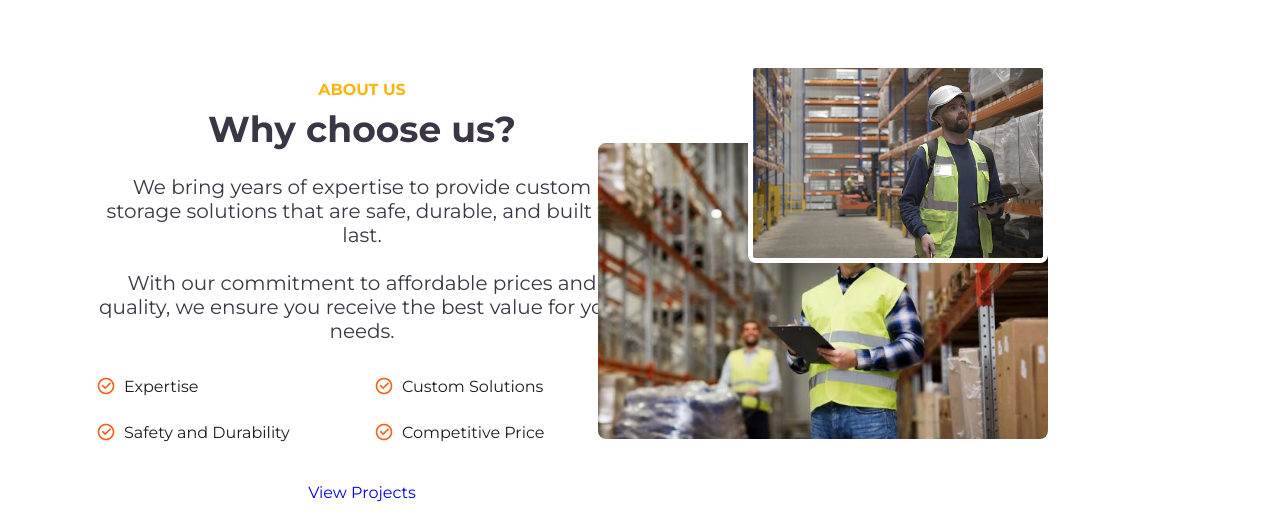
Repository: jahatesu/shelves-and-storage-equipment
Page: index.html
The author's editor kept a copy of each file at every save. The page is drawn from the files as they stood at one save, then again after the next save.
The browser window is 1280 px wide. The pictures show the part of the page from y = 720 to 1238 px (the page is 1238 px tall).
Backgrounds fixed to the window are drawn as part of the page. Some web fonts or font styles are not loaded; a fallback is used.

Above is the page before, as saved 2025-01-08 15:44:24.
Console error: TypeError: Cannot read properties of null (reading 'querySelector')

### index.html
<!DOCTYPE html>
<html lang="en">
<head>
    <meta charset="UTF-8">
    <meta name="viewport" content="width=device-width, initial-scale=1.0">
    <!-- Remix Icons -->
    <link rel="stylesheet" href="https://cdnjs.cloudflare.com/ajax/libs/remixicon/4.2.0/remixicon.css">
    <!-- Swiper CSS -->
    <link rel="stylesheet" href="assets\js\swiper-bundle.min.js" />
    <!-- CSS -->
    <link rel="stylesheet" href="style.css">
    <script src="https://cdnjs.cloudflare.com/ajax/libs/jquery/3.7.1/jquery.min.js"></script>
    <title>Shelves and Storage</title>
    <link rel="stylesheet" href="https://fonts.googleapis.com/css?family=Material+Symbols+Rounded&opsz,wght,FILL,GRAD@48,400,0,0" />
</head>

<body>

    <!-- Navigation Bar -->
    <header>
        <div class="logo">
            <img src="assets\images\logo.png" alt="Shelves and Storage Logo">
        </div>

        <div class="navigation">
            <input type="checkbox" id="nav-checkbox">
            <label for="nav-checkbox" class="nav-toggle">
                <i class="ri-menu-fill"></i>
            </label>

            <ul class="nav-menu">
                <li><a href="#">Home</a></li>
                <li><a href="#">About Us</a></li>
                <li><a href="#">Services</a></li>
                <li><a href="#">Products</a></li>
                <li><a href="#">Contact Us</a></li>
            </ul>
        </div>
    </header>

    <!-- Hero Section -->
    <div class="hero">
        <h1 class="animate__animated animate__fadeInDown">Shelves and Storage Equipment</h1>
        <h3 class="animate__animated animate__fadeInUp">Storage and Racking Expert</h3>
    </div>

    <!-- About Section -->
<section class="about section" id="about">
    <div class="about_container container grid">
        <div class="about_data">
            <span class="section_subtitle">ABOUT US</span>
            <h2 class="section_title">Why choose us?</h2>
            <p class="about_description">
                We bring years of expertise to provide custom storage solutions that are safe, durable, and built to last.
                <br><br>With our commitment to affordable prices and quality, we ensure you receive the best value for your needs.
            </p>
            <ul class="about_list grid">
                <li class="about_list-item">
                    <i class="ri-checkbox-circle-line"></i>
                    <span>Expertise</span>
                </li>
                <li class="about_list-item">
                    <i class="ri-checkbox-circle-line"></i>
                    <span>Custom Solutions</span>
                </li>
                <li class="about_list-item">
                    <i class="ri-checkbox-circle-line"></i>
                    <span>Safety and Durability</span>
                </li>
                <li class="about_list-item">
                    <i class="ri-checkbox-circle-line"></i>
                    <span>Competitive Price</span>
                </li>
            </ul>
            <a href="#projects" class="button">View Projects</a>
        </div>
        <div class="about_images">
            <img src="assets/images/about_img1.png" alt="image" class="about_img1">
            <img src="assets/images/about_img2.png" alt="image" class="about_img2">
        </div>
    </div>
</section>

    <!-- JavaScript -->
    <script src="main.js"></script>
</body>
</html>

### style.css
/* Import fonts */
@import url('https://fonts.googleapis.com/css2?family=Montserrat:wght@100..900&family=Open+Sans:ital,wght@0,300..800;1,300..800&display=swap');
@import url('https://cdnjs.cloudflare.com/ajax/libs/animate.css/4.1.1/animate.min.css');

/* root variable css */
:root{
    --header-height: 3.5rem;

    /* colors */
    /* hue, saturation, lightness */
    --first-color: hsl(18, 95%, 55%);
    --second-color: hsl(42, 98%, 52%);
    --first-gradient: linear-gradient(90deg,
                                    hsl(18, 95%, 55%),
                                    hsl(18, 98%, 64%));
    --title-color:hsl(255, 12%, 12%);
    --text-color: hsl(255, 12%, 24%);
    --text-color-light: hsl(255, 4%, 70%);
    --body-color: hsl(0, 0%, 100%);
    --container-color: hsl(0, 0%, 100%);
    --white-color: hsl(0, 0%, 100%);
    --black-color: hsl(255, 20%, 10%);
    --gray-border:hsl(255, 6%, 90%);
    --black-border: hsl(255, 10%, 20%);

    /* fonts and typography */
    /* .5 rem = 8px | 1rem = 16px */

    --body-font:"Montserrat", sans-serif;
    --big-font-size: 2.25rem;
    --h1-font-size: 1.5rem;
    --h2-font-size: 1.25rem;
    --h3-font-size: 1rem;
    --normal-font-size: .938rem;
    --small-font-size: .813rem;

    /* font weight */
    --font-regular: 400;
    --font-medium: 500;
    --font-semibold: 600;
    --font-bold: 700;

    /* z index */
    --z--tooltip: 10;
    --z-fixed: 100;
}

/* responsive typography */
@media screen and (min-width: 1150px) {
    :root{
        --big-font-size: 3.5rem;
        --h1-font-size: 2.25rem;
        --h2-font-size: 1.5rem;
        --h3-font-size: 1.25rem;
        --normal-font-size: 1rem; /* Fixed size for normal font */
        --small-font-size: .875rem; /* Increased small font size */
    }
}

/* Global styles */
* {
  margin: 0;
  padding: 0;
  box-sizing: border-box;
}

body {
    font-family: var(--body-font);
    font-size: var(--normal-font-size);
    background-color: var(--body-color);
    color: var(--text-color);
}

html{
    scroll-behavior: smooth;
}

body, ul, a{
    margin: 0;
    padding: 0;
    font-family: 'Montserrat', sans-serif;
}

/* h1, h2, h3, h4 {
    color: var(--title-color);
    font-weight: var(--font-semi-bold);
    margin: 10px 0;
    line-height: 1.2;
} */

/* Typography scaling for responsiveness */
h1 {
    font-size: 2.5rem; /* Scales with viewport width */
}
h2 {
    font-size: 2rem;
}
h3 {
    font-size: 1.75rem;
}
p {
    font-size: 1rem;
}

/* Media queries for responsiveness */
@media (min-width: 768px) {
    h1 {
        font-size: 3rem;
    }
    h2 {
        font-size: 2.5rem;
    }
    h3 {
        font-size: 2rem;
    }
    p {
        font-size: 1.125rem;
    }
}

@media (min-width: 1024px) {
    h1 {
        font-size: 3.5rem;
    }
    h2 {
        font-size: 3rem;
    }
    h3 {
        font-size: 2.5rem;
    }
    p {
        font-size: 1.25rem;
    }
}

/* General layout for larger screens */
@media (min-width: 1440px) {
    .container {
        padding: 30px;
    }
    h1 {
        font-size: 4rem;
    }
    h2 {
        font-size: 2rem;
    }
    h3 {
        font-size: 3rem;
    }
    p {
        font-size: 1rem;
    }

}

ul{
    list-style: none;
}

a{
    text-decoration: none;
}

img{
    display: block;
    max-width: 100%;
    height: auto;
    object-fit: contain;
}

/* Hide checkbox and toggle button initially */
#nav-checkbox,
.nav-toggle {
  display: none;
}

/* Hero section styles */
.hero {
  background: linear-gradient(rgba(0, 0, 0, 0.8), rgba(0, 0, 0, 0.6)),
    url("heroBG.jpg") no-repeat fixed bottom / cover;
  min-height: 100vh;
  display: flex;
  flex-direction: column;
  justify-content: center;
  align-items: center;
  text-align: center;
  /* width: 100%; */
}

.hero h1 {
  color: hsl(233, 39%, 23%);
  font-size: 60px;
  line-height: 1;
  text-shadow:
    0.5px 0.5px 0px #fff, /* Bottom-right shadow */
    -0.5px 0.5px 0px #fff, /* Bottom-left shadow */
    0.5px -0.5px 0px #fff, /* Top-right shadow */
    -0.5px -0.5px 0px #fff; /* Top-left shadow */
}

.hero h3 {
  color: #ffffff;
  /* position: static; */
  font-size: 26px;
  font-weight: normal;
  margin: 15px 0;
  line-height: 1;
  text-shadow:
    0.3px 0.3px 0px #fff, /* Bottom-right shadow */
    -0.3px 0.3px 0px #fff, /* Bottom-left shadow */
    0.3px -0.3px 0px #fff, /* Top-right shadow */
    -0.3px -0.3px 0px #fff; /* Top-left shadow */
}

/* Header styles */
header {
  position: fixed;
  top: 0;
  left: 0;
  width: 100%;
  display: flex;
  align-items: center;
  justify-content: space-around;
  padding: 20px 0;
  transition: background-color 0.5s ease;
  z-index: 1;
}

.logo h2 {
  color: #fff;
  text-transform: uppercase;
  font-weight: normal;
}

/* Navigation menu styles */
.nav-menu {
  display: flex;
  list-style: none;
}

.nav-menu li {
  display: inline-block;
}

.nav-menu li a {
  color: #fff;
  text-decoration: none;
  font-size: 1.2rem;
  padding: 0 15px;
}

.nav-menu li a:hover {
  color: hsl(18, 84%, 44%);
}

.active {
  background: hsl(18, 84%, 44%);
}

.active a:hover {
  color: #fff !important;
  text-decoration: underline;
}

.nav-toggle {
  display: none;
  font-size: 2rem;
  cursor: pointer;
  color: white;
}

/* Responsive menu styles */
@media (max-width: 768px) {
    .nav-menu {
        display: none;
        flex-direction: column;
        position: absolute;
        top: 60px;
        right: 20px;
        background-color: rgba(0, 0, 0, 0.9);
        border-radius: 8px;
        padding: 10px;
    }

    .nav-menu li {
        margin: 10px 0;
    }

    .nav-menu li a {
        font-size: 1.2rem;
    }

    .nav-toggle {
        display: block;
    }

    #nav-checkbox:checked ~ .nav-menu {
        display: flex;
    }

    header {
        justify-content: space-between;
        padding: 10px 20px;
    }
}

.logo img {
    max-width: 250px;
    height: auto;
    display: block;
    transition: all 0.3s ease;
}

/* Adjust logo size for smaller screens */
@media (max-width: 768px) {
    .logo img {
        max-width: 150px; /* Smaller logo for mobile */
        padding-top: 20px;
    }
}

/* About Section */
.container {
    max-width: 1120px;
    margin: 0 auto;
    padding: 0 1rem;
}

.grid {
    display: grid;
    gap: 1.5rem;
}

.section {
    padding-block: 5rem 1rem;
}

.section_title {
    text-align: center;
    font-size: var(--h1-font-size);
    font-weight: var(--font-bold);
    margin-bottom: 1.5rem;
}

.section_subtitle {
    display: block;
    text-align: center;
    font-size: var(--normal-font-size);
    font-weight: var(--font-bold);
    color: var(--second-color);
    margin-bottom: .5rem;
}

.about_container {
    row-gap: 8rem;
    display: grid;
    grid-template-columns: 1fr;
}

.about_data {
    text-align: center;
}

.about_description {
    margin-bottom: 2rem;
}

.about_list {
    display: grid;
    grid-template-columns: repeat(2, 1fr);
    justify-content: center;
    gap: 1.5rem;
    margin-bottom: 2.5rem;
}

.about_list-item {
    display: flex;
    align-items: center;
    gap: .5rem;
    color: var(--title-color);
}

.about_list-item i {
    font-size: 1.25rem;
    color: var(--first-color);
}

.about_images {
    display: flex;
    justify-content: center;
    gap: 1rem;
    position: relative;
}

.about_img1, .about_img2 {
    max-width: 100%;
    height: auto;
    border-radius: .5rem;
}

.about_img1 {
    width: 300px;
    border: 5px solid var(--body-color);
    position: absolute;
    top: -5rem;
    left: 6rem;
}

.about_img2 {
    width: 450px;
    margin-right: 8.5rem;
}

/* Responsive Design */
@media (min-width: 768px) {
    .about_container {
        grid-template-columns: 1fr 1fr;
        align-items: center;
    }

    .about_images {
        justify-content: flex-end;
    }
}

### main.js
$(document).ready(function() {
  $(window).bind('scroll', function(){
    var gap = 50;
    if ($(window).scrollTop() > gap) {
      $('header').addClass('active');
    } else {
      $('header').removeClass('active');
    }
  });
});

document.addEventListener('DOMContentLoaded', function () {
  const navToggle = document.querySelector('.nav-toggle');
  const navMenu = document.querySelector('.nav-menu');

  navToggle.addEventListener('click', function () {
      navMenu.classList.toggle('show-menu');
  });
});

const initSlider = () => {
  const imageList = document.querySelector(".slider-wrapper .image-list");
  const slideButtons = document.querySelectorAll(".slider-wrapper .slide-button");
  const sliderScrollbar = document.querySelector(".container .slider-scrollbar");
  const scrollbarThumb = sliderScrollbar.querySelector(".scrollbar-thumb");
  const maxScrollLeft = imageList.scrollWidth - imageList.clientWidth;

  // Slide images according to the slide button clicks
  slideButtons.forEach(button => {
      button.addEventListener("click", () => {
          const direction = button.id === "prev-slide" ? -1 : 1;
          const scrollAmount = imageList.clientWidth * direction;
          imageList.scrollBy({ left: scrollAmount, behavior: "smooth" });
      });
  });

  const handleSlideButtons = () =>{
      slideButtons[0].computedStyleMap.display = imageList.scrollLeft <= 0 ? "none" : "block";
      slideButtons[1].computedStyleMap.display = imageList.scrollLeft >= maxScrollLeft ? "none" : "block";
  }

  //update scroll bar position
  const updateScrollThumbPosition = () => {
      const scrollPosition = imageList.scrollLeft;
      const thumbPosition = (scrollPosition / maxScrollLeft) * (sliderScrollbar.clientWidth - scrollbarThumb .offsetWidth);
      scrollbarThumb.style.left = `${thumbPosition}px`;
  }

  imageList.addEventListener("scroll", () => {
      handleSlideButtons();
      updateScrollThumbPosition();
  });
};

window.addEventListener("load", initSlider);

Loaded but not shown: assets/js/swiper-bundle.min.js (library)

After the next save:
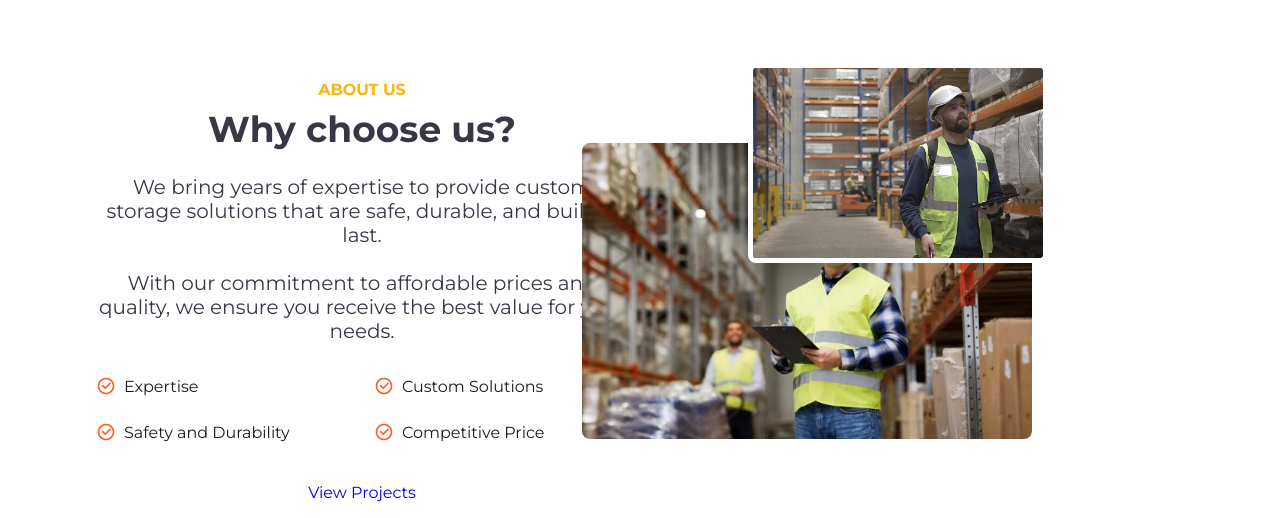
Saved 4 s later.
--- a/style.css
+++ b/style.css
@@ -408,7 +408,7 @@ header {
 
 .about_img2 {
     width: 450px;
-    margin-right: 8.5rem;
+    margin-right: 9.5rem;
 }
 
 /* Responsive Design */
